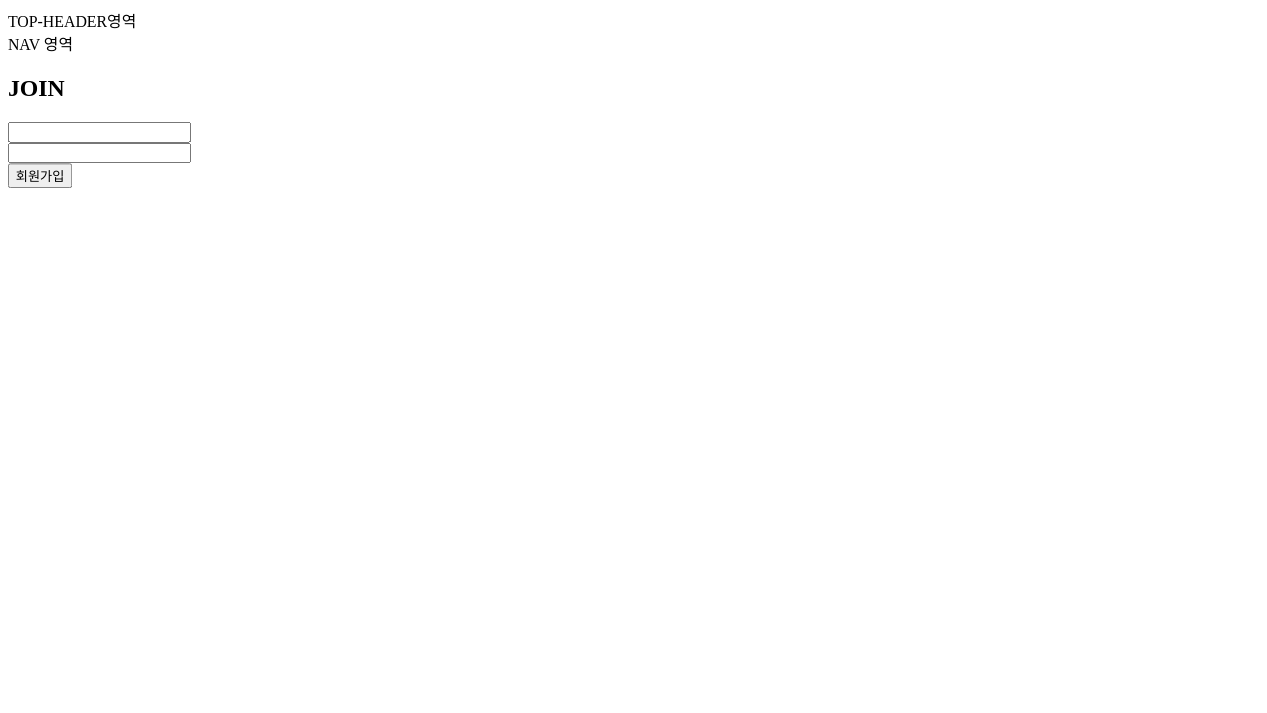
Repository: Leehj9094/JAVA_BOOK-
Page: http://localhost/01JSP/C04/join_form.jsp
These files come from the project's save history. The page is drawn as it stood at one moment and after the next save; the edit follows.
The browser window is 1280 px wide. The pictures show the whole page, at 99% of full size.
The page is served by Tomcat 9. Other server files are loaded and not shown.

Above is the page before, as saved 2025-04-03 00:02:32.

### JSP/01JSP/src/main/webapp/C04/join_form.jsp
<%@ page language="java" contentType="text/html; charset=UTF-8"
	pageEncoding="UTF-8"%>
<!DOCTYPE html>
<html>
<head>
<meta charset="UTF-8">
<title>Insert title here</title>
</head>
<body>
	<div class="wrapper">
		<header>
			<!--  -->
			<%@ include file="./layouts/TopHeader.jsp"%>
			<!--  -->
			<%@ include file="./layouts/Nav.jsp"%>
		</header>
		<main>
			<section>
				<h1>JOIN</h1>
				<form action="join.jsp" method="post">
					<input type="text" name="userid" /><br> <input type="text"
						name="password" /><br> <input type="submit" value="회원가입" />
				</form>
			</section>
		</main>
		<footer>

		</footer>
</body>
</html>

### JSP/01JSP/src/main/webapp/C04/layouts/TopHeader.jsp
<%@ page language="java" contentType="text/html; charset=UTF-8"
    pageEncoding="UTF-8"%>
<!-- TOP-HEADER -->
<div class="top-header">TOP-HEADER영역</div>

### JSP/01JSP/src/main/webapp/C04/layouts/Nav.jsp
<%@ page language="java" contentType="text/html; charset=UTF-8"
    pageEncoding="UTF-8"%>

<!-- NAV -->
<nav>NAV 영역</nav>

### JSP/01JSP/src/main/webapp/C04/layouts/Footer.jsp
<%@ page language="java" contentType="text/html; charset=UTF-8"
    pageEncoding="UTF-8"%>
<!-- FOOTER -->
<footer>FOOTER 영역</footer>

After the next save:
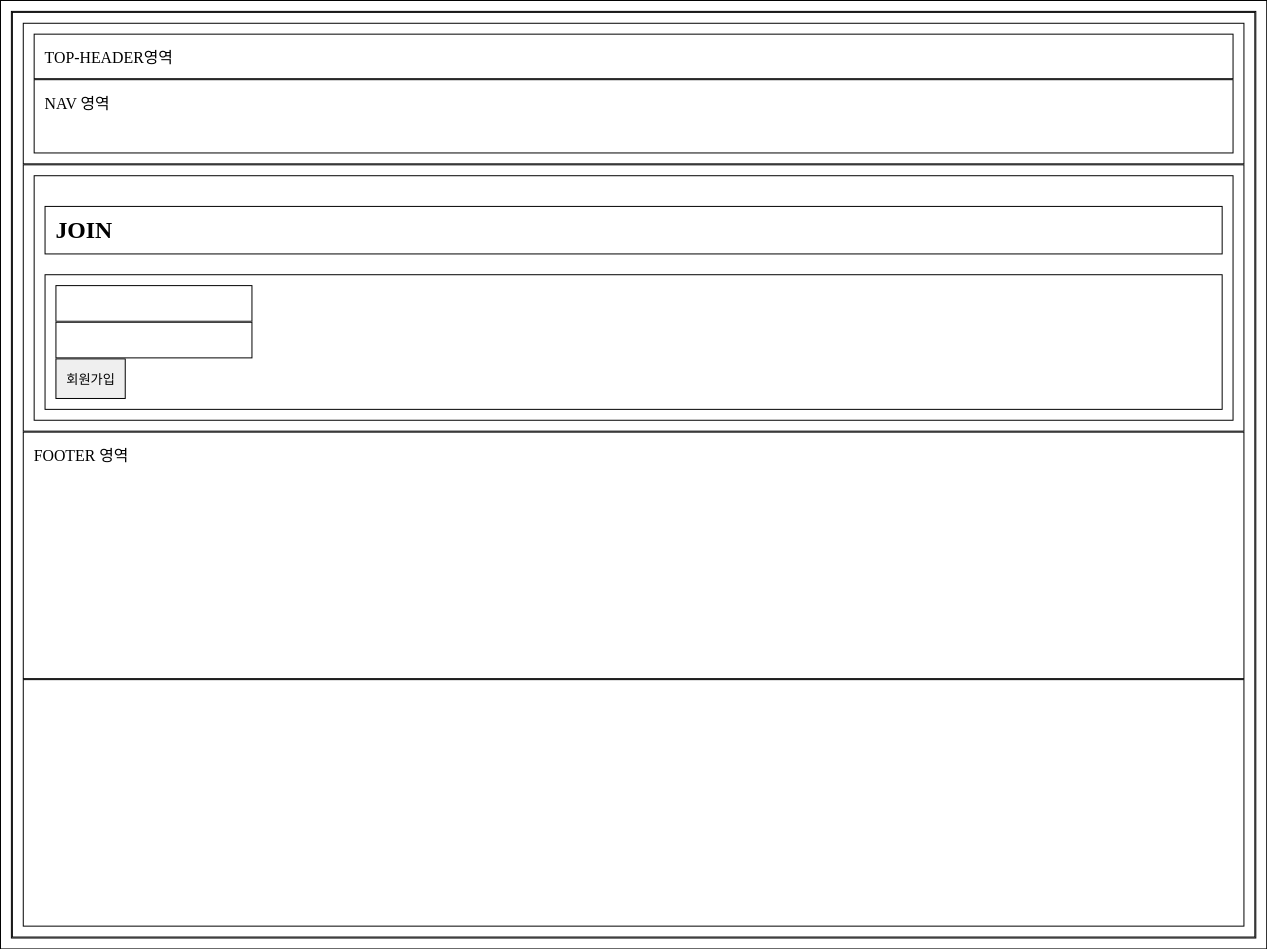
Saved 5 min 32 s later.
--- a/JSP/01JSP/src/main/webapp/C04/join_form.jsp
+++ b/JSP/01JSP/src/main/webapp/C04/join_form.jsp
@@ -5,6 +5,20 @@
 <head>
 <meta charset="UTF-8">
 <title>Insert title here</title>
+<style>
+	:root{}
+	*{box-sizing:border-box; padding:10px; border:1px solid;}
+	a{}
+	ul{}
+	body{padding:0; margin:0;}
+	.wrapper{height:100%;}
+	.wrapper>header{min-height:100px;}
+	.wrapper>header>top-header{min-height:25px;}
+	.wrapper>header>nav{min-height:75px;}
+	.wrapper>main{min-height:calc(100vh - 100px -250px);}
+	.wrapper>main>section{}
+	.wrapper>footer{min-height:250px;}
+</style>
 </head>
 <body>
 	<div class="wrapper">
@@ -18,11 +32,13 @@
 			<section>
 				<h1>JOIN</h1>
 				<form action="join.jsp" method="post">
-					<input type="text" name="userid" /><br> <input type="text"
-						name="password" /><br> <input type="submit" value="회원가입" />
+					<input type="text" name="userid" /><br>
+					<input type="text" name="password" /><br>
+					<input type="submit" value="회원가입" />
 				</form>
 			</section>
 		</main>
+		<%@include file="./layouts/Footer.jsp" %>
 		<footer>
 
 		</footer>
